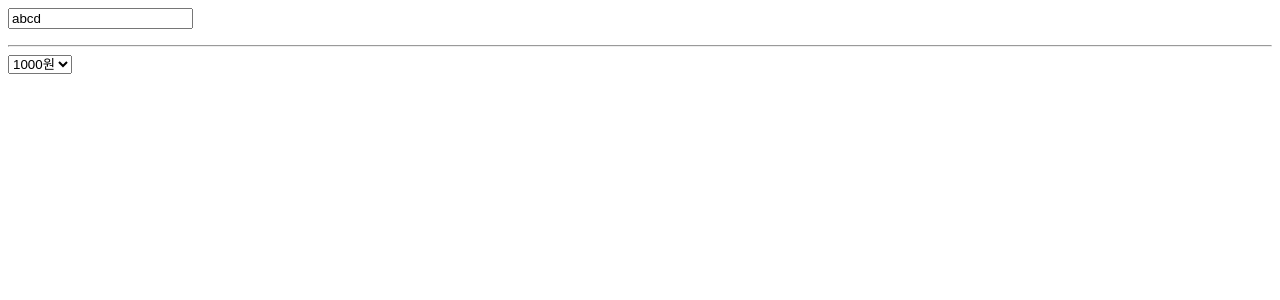
Repository: shbaksa/study
Page: http://localhost/mw_0621/javascript/change.jsp
An editor plug-in stored every save of this project. The page is shown before and after the next save, followed by the edit.
The browser window is 1280 px wide. The pictures show the whole page.
The page is served by Tomcat 9.

Above is the page before, as saved 2022-06-21 07:17:18.

### mw_0621/src/main/webapp/javascript/change.jsp
<%@ page language="java" contentType="text/html; charset=UTF-8"
    pageEncoding="UTF-8"%>
<!DOCTYPE html>
<html>
<head>
<meta charset="UTF-8">
<title>Insert title here</title>
	<script>
		function check(){
			alert();
		}
		function change(){
			alert();
		}
	</script>
</head>
<body>	<!-- change.jsp : change이벤트 : 값이 변경되었을때 -->

	<input type="text" onchange="check()" value="abcd"> <p>
	<hr>
	<!-- change 이벤트는 거의 select태그에서 주로 사용한다. -->
	<form name="pkc">
	<select onchange="change()"> <!-- select 태그에서 현재의 option태그를 변경하면 발생 -->
		<option> 1000원 </option>
		<option> 2000원 </option>
		<option> 3000원 </option>
		<option> 4000원 </option>
	</select>
	</form>
</body>
</html>

After the next save:
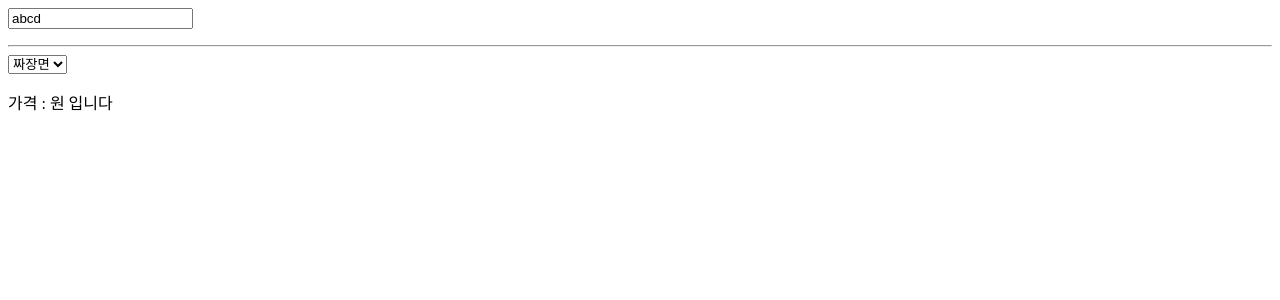
Saved 69 s later.
--- a/mw_0621/src/main/webapp/javascript/change.jsp
+++ b/mw_0621/src/main/webapp/javascript/change.jsp
@@ -21,11 +21,13 @@
 	<!-- change 이벤트는 거의 select태그에서 주로 사용한다. -->
 	<form name="pkc">
 	<select onchange="change()"> <!-- select 태그에서 현재의 option태그를 변경하면 발생 -->
-		<option> 1000원 </option>
-		<option> 2000원 </option>
-		<option> 3000원 </option>
-		<option> 4000원 </option>
-	</select>
+		<option value="5,000"> 짜장면 </option>
+		<option value="8,000"> 짬 뽕 </option>
+		<option value="15,000"> 탕수육 </option>
+		<option value="35,000"> 전가복 </option>
+	</select> <p>
+	가격 : <span id="aa"></span>원 입니다
 	</form>
+
 </body>
 </html>
